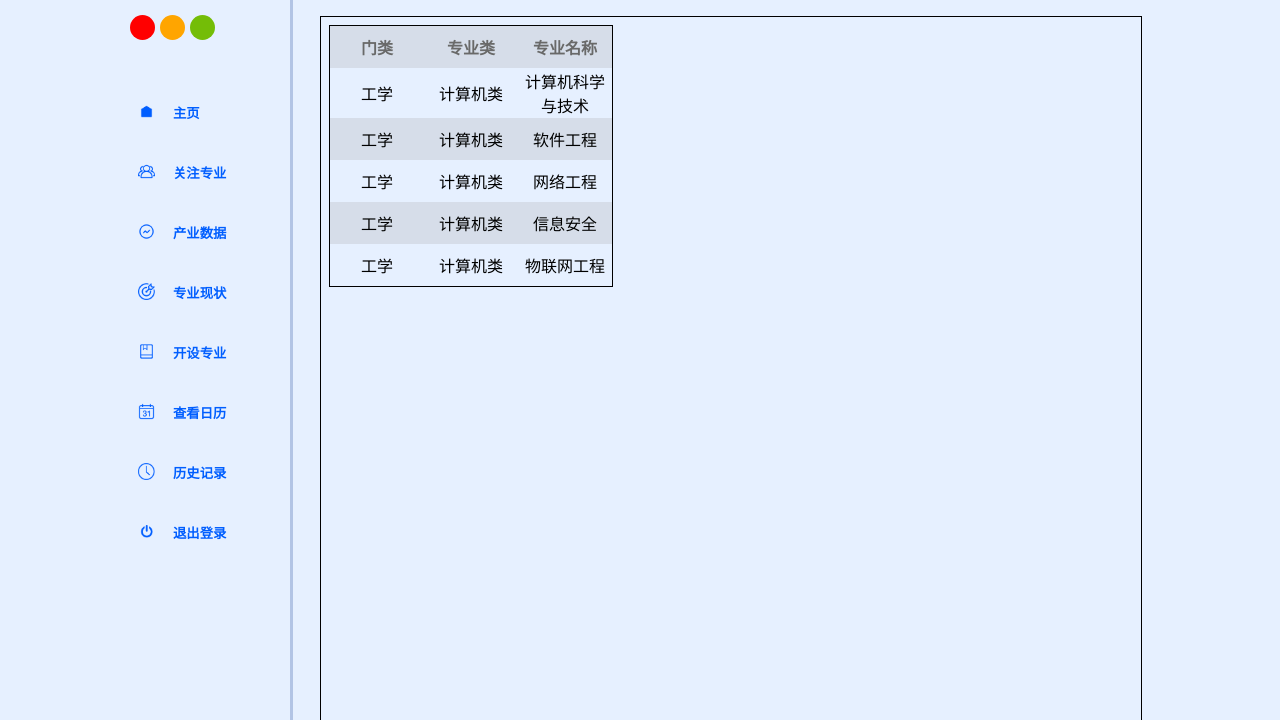
Repository: akaCSDN/test
Page: 2.1主页.html
The author's editor kept a copy of each file at every save. The page is drawn from the files as they stood at one save, then again after the next save.
The browser window is 1280 px wide. The pictures show the whole page.

Above is the page before, as saved 2022-12-03 22:12:35.

After the next save:
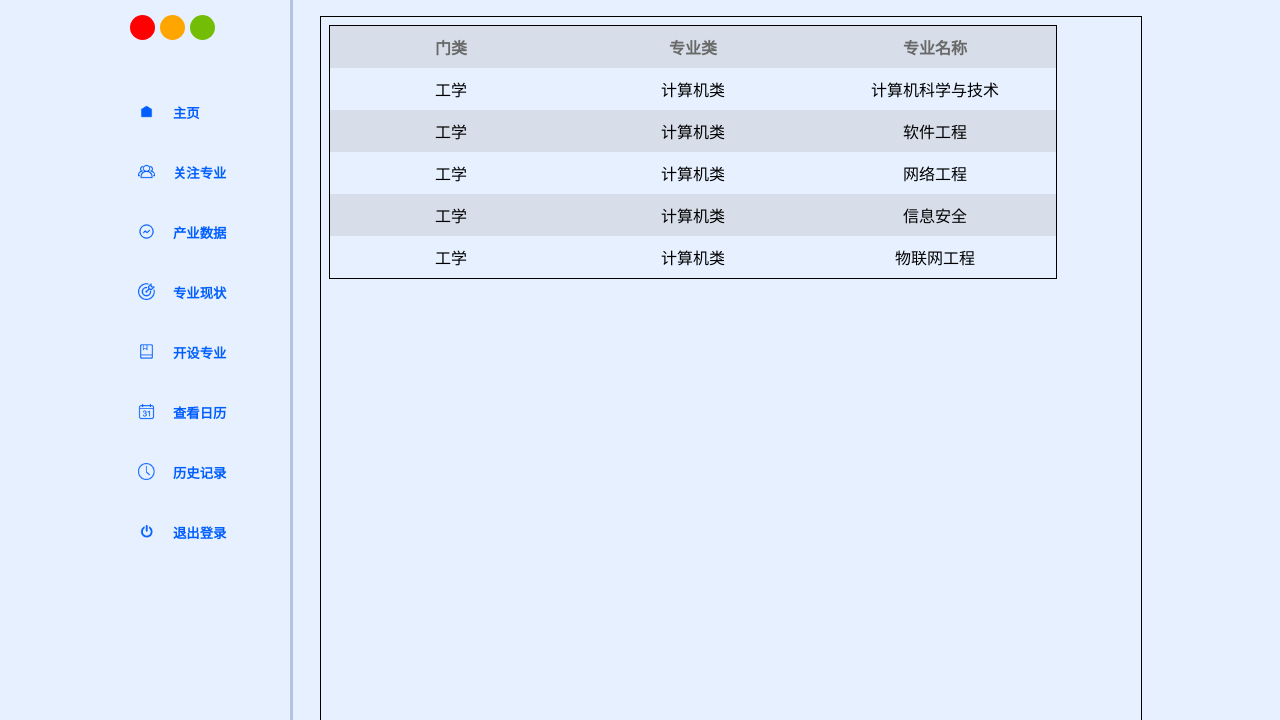
Saved 15 s later.
--- a/2.1主页.html
+++ b/2.1主页.html
@@ -127,7 +127,7 @@
         </div>
     </div>
     <div class="right">
-        <iframe src="./2.1.1关注专业.html" frameborder="0" width="" height="270px"></iframe>
+        <iframe src="./2.1.1关注专业.html" frameborder="0" width="100%" height="270px"></iframe>
     </div>
 
 
